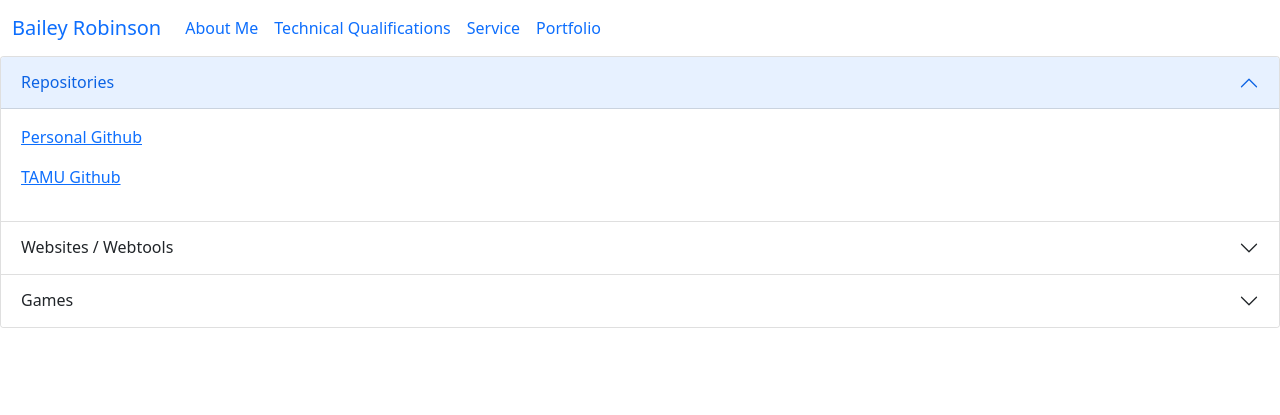
Repository: baileyjrob/personal_website
Page: portfolio.html
These files come from the project's save history. The page is drawn as it stood at one moment and after the next save; the edit follows.
The browser window is 1280 px wide. The pictures show the whole page.

Above is the page before, as saved 2022-04-20 13:38:28.

After the next save:
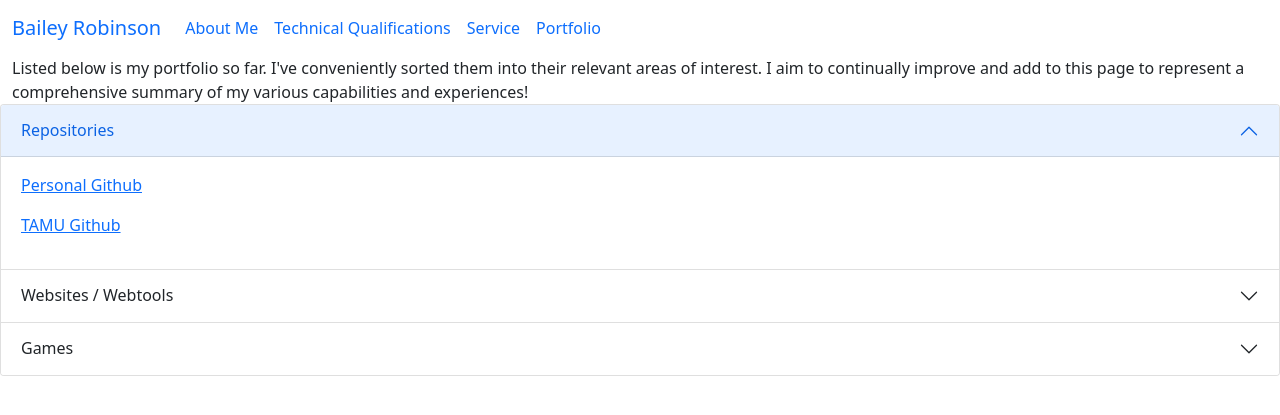
Saved 3 min 56 s later.
--- a/portfolio.html
+++ b/portfolio.html
@@ -38,6 +38,11 @@
             </div>
         </div>
     </nav>
+    <div class="container-fluid">
+        Listed below is my portfolio so far. I've conveniently sorted them into their relevant areas of interest. I aim
+        to continually improve and add to this page to represent a comprehensive summary of my various capabilities and
+        experiences!
+    </div>
     <div class="accordion" id="accordionFields">
         <div class="accordion-item">
             <h2 class="accordion-header" id="headingRepo">
